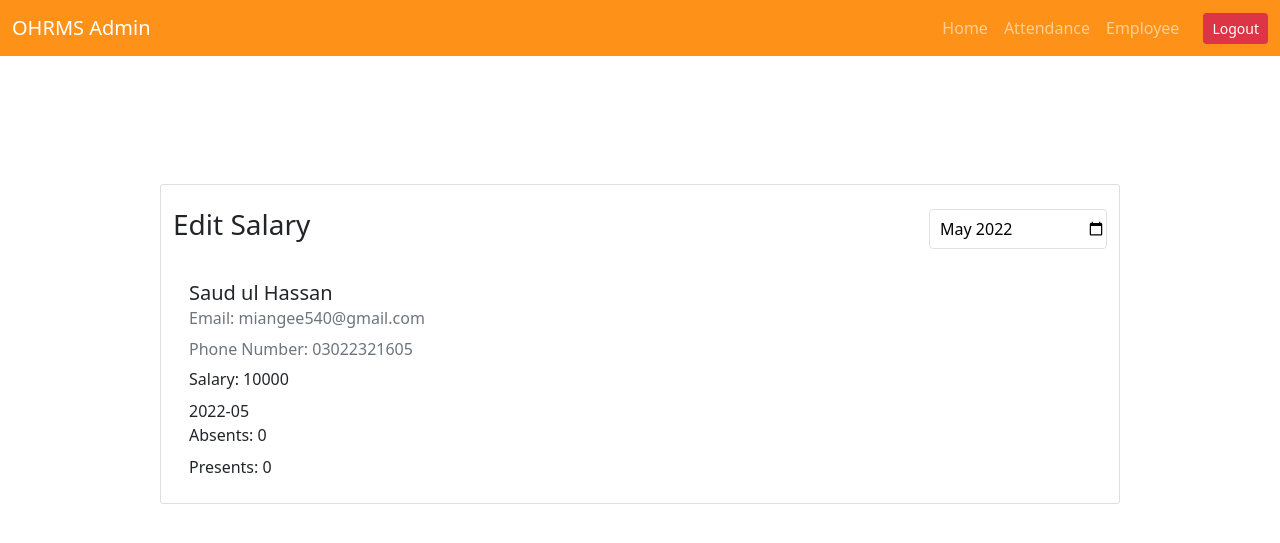
Repository: SaudCh/PHP-OHRMS
Page: http://localhost/admin/edit-salary?id=49
These files come from the project's save history. The page is drawn as it stood at one moment and after the next save; the edit follows.
The browser window is 1280 px wide. The pictures show the whole page.
Some web libraries are served in a nearby version. The page is run by PHP 8.4 with error messages shown; the project is at /var/www/html/. The session is filled in as if someone had signed in: {"admin": "admin@ohrm.com"}. Other server files are loaded and not shown. The database holds what the project's SQL file puts in it. Queries for data that is not in the repository find no rows.

Above is the page before, as saved 2022-06-05 23:34:27.

### admin/edit-salary.php
<!DOCTYPE html>
<html lang="en">

<head>
    <meta charset="UTF-8">
    <meta http-equiv="X-UA-Compatible" content="IE=edge">
    <meta name="viewport" content="width=device-width, initial-scale=1.0">
    <?php require "../assets/includes/link.includes.php" ?>
    <script src="https://ajax.googleapis.com/ajax/libs/jquery/3.6.0/jquery.min.js"></script>


    <title>OHRMS</title>
</head>

<body>
    <?php require "./assets/Components/header.php" ?>
    <div class="container-fluid">
        <div class="row align-items-center justify-content-center" style="min-height: 80vh;">

            <div class="card col-11 col-md-9">
                <div class="d-flex align-items-center justify-content-between mt-2">

                    <h3>Edit Salary</h3>
                    <div>
                        <input class="border rounded my-3" style="height:40px;padding-left:10px;" value="<?= Date("Y-m") ?>" type="month" name="date" id="attendance-date">

                    </div>

                </div>
                <?php
                $id = $_GET['id'];
                $sql = "select * from employee where empId = '$id'";
                $results = mysqli_query($con, $sql);
                $rescheck = mysqli_num_rows($results);
                if ($rescheck > 0) {
                    while ($row = mysqli_fetch_assoc($results)) {
                ?>
                        <div class="card-body">
                            <h5 class="card-title"><?= $row["name"] ?></h5>
                            <h6 class="card-subtitle mb-3 text-muted">Email: <?= $row['emailAddress'] ?></h6>
                            <h6 class="card-subtitle mb-2 text-muted">Phone Number: <?= $row['phoneNumber'] ?></h6>
                            <p class="card-text p-0 m-0 mb-2">Salary: <?= $row['salary'] ?></p>


                    <?php }
                } ?>
                    <div id="attendance-data">
                        <?php
                        $absent = 0;
                        $present = 0;

                        echo date('Y-m');

                        $id = $_GET['id'];
                        $sql = "select * from attendance where empId = '$id' and date like '2022-05%'";
                        $results = mysqli_query($con, $sql);
                        $rescheck = mysqli_num_rows($results);
                        if ($rescheck > 0) {
                            while ($row = mysqli_fetch_assoc($results)) {
                                if ($row['status'] == 'Present') {
                                    $present++;
                                } else {
                                    $absent++;
                                }
                            }
                        }
                        ?>

                        <p class="card-text p-0 m-0 mb-2">Absents: <?= $absent ?></p>
                        <p class="card-text p-0 m-0 mb-2">Presents: <?= $present ?></p>
                    </div>

                        </div>

            </div>
        </div>
    </div>
    <script>
        $(document).ready(function() {
            $("#attendance-date").change(function() {
                var search = $(this).val();
                var id = <?= $id ?>;
                $.ajax({
                    url: 'salary-attendance.php',
                    method: 'post',
                    data: {
                        query: search,
                        id: id
                    },
                    success: function(response) {
                        $("#attendance-data").html(response);
                    }
                });
            });
        });
    </script>
</body>

</html>

### assets/includes/link.includes.php
<link href="https://cdn.jsdelivr.net/npm/bootstrap@5.0.2/dist/css/bootstrap.min.css" rel="stylesheet" integrity="sha384-EVSTQN3/azprG1Anm3QDgpJLIm9Nao0Yz1ztcQTwFspd3yD65VohhpuuCOmLASjC" crossorigin="anonymous">
<script src="https://cdn.jsdelivr.net/npm/bootstrap@5.0.2/dist/js/bootstrap.bundle.min.js" integrity="sha384-MrcW6ZMFYlzcLA8Nl+NtUVF0sA7MsXsP1UyJoMp4YLEuNSfAP+JcXn/tWtIaxVXM" crossorigin="anonymous"></script>
<script src="https://cdn.jsdelivr.net/npm/@popperjs/core@2.9.2/dist/umd/popper.min.js" integrity="sha384-IQsoLXl5PILFhosVNubq5LC7Qb9DXgDA9i+tQ8Zj3iwWAwPtgFTxbJ8NT4GN1R8p" crossorigin="anonymous"></script>
<script src="https://cdn.jsdelivr.net/npm/bootstrap@5.0.2/dist/js/bootstrap.min.js" integrity="sha384-cVKIPhGWiC2Al4u+LWgxfKTRIcfu0JTxR+EQDz/bgldoEyl4H0zUF0QKbrJ0EcQF" crossorigin="anonymous"></script>

<script src="https://kit.fontawesome.com/5d60ba127b.js" crossorigin="anonymous"></script>

<link rel="stylesheet" href="./assets/css/style.css" type="text/css">
<link rel="stylesheet" href="./assets/css/footer.css" type="text/css">
<style>
    .link {
        text-decoration: none;
    }
</style>

### admin/assets/Components/header.php
<?php
session_start();
$email = '';

include '../assets/config/dbconfig.php';

if (isset($_SESSION['admin'])) {
    $email = $_SESSION['admin'];
} else {
    header("location: login");
}
?>
<nav class="navbar navbar-expand-lg navbar-dark" style="background-color: #fe9117;">
    <div class="container-fluid">
        <a class="navbar-brand" href="index">OHRMS Admin</a>
        <button class="navbar-toggler" type="button" data-bs-toggle="collapse" data-bs-target="#navbarSupportedContent" aria-controls="navbarSupportedContent" aria-expanded="false" aria-label="Toggle navigation">
            <span class="navbar-toggler-icon"></span>
        </button>
        <div class="collapse navbar-collapse" id="navbarSupportedContent">
            <ul class="navbar-nav ms-auto me-3 mb-2 mb-lg-0">
                <li class="nav-item">
                    <a class="nav-link" aria-current="page" href="index">Home</a>
                </li>
                <li class="nav-item">
                    <a class="nav-link" href="attendance">Attendance</a>
                </li>
                <li class="nav-item">
                    <a class="nav-link" href="employee">Employee</a>
                </li>
            </ul>
            <?php

            if (isset($_SESSION['admin'])) {
                echo '<a href="./assets/includes/admin-logout.includes.php" class="btn btn-sm btn-danger">Logout</a>';
            } else {
                echo '<a href="login" class="btn btn-sm btn-success">Login/Register</a>';
            }
            ?>

        </div>
    </div>
</nav>

### assets/config/dbconfig.php
<?php
// Database configuration
$dbHost     = "localhost";
$dbUsername = "root";
$dbPassword = "";
$dbName     = "ohrms";

// $dbHost     = "sql102.epizy.com";
// $dbUsername = "epiz_31455211";
// $dbPassword = "Kr3NNcrNvT9Mx4";
// $dbName     = "epiz_31455211_ohrms";

// Create database connection
$db = new mysqli($dbHost, $dbUsername, $dbPassword, $dbName);
$con=mysqli_connect($dbHost, $dbUsername, $dbPassword,$dbName);

// Check connection
if ($db->connect_error) {
    die("Connection failed: " . $db->connect_error);
}

### assets/css/footer.css
.back-to-top {
  cursor: pointer;
  position: fixed;
  bottom: 30px;
  right: 20px;
  display: none;
  z-index: 10;
}

.footer {
  background-color: #fe9126;
  display: flex;
  color: white;
  z-index: 2;
}

.footer a {
  color: white;
  text-decoration: none;
  font-weight: 500;
}

.footer-links ul {
  text-align: left;
}

.footer-links li {
  list-style: none;
}

.copyright {
  color: white;
  background-color: #fe9126;
}

### sql/ohrms.sql (the tables this page reads)
CREATE TABLE `employee` (
  `empId` int(11) NOT NULL,
  `name` char(50) NOT NULL,
  `phoneNumber` varchar(15) NOT NULL,
  `department` char(10) NOT NULL,
  `emailAddress` varchar(50) NOT NULL,
  `password` varchar(255) NOT NULL,
  `address` varchar(100) NOT NULL,
  `gender` char(10) NOT NULL,
  `salary` int(10) NOT NULL DEFAULT 10000,
  `token` varchar(255) NOT NULL,
  `empStatus` int(1) NOT NULL DEFAULT 0,
  `created` datetime NOT NULL DEFAULT current_timestamp(),
  `tempMail` varchar(20) NOT NULL
) ENGINE=InnoDB DEFAULT CHARSET=utf8mb4;

INSERT INTO `employee` (`empId`, `name`, `phoneNumber`, `department`, `emailAddress`, `password`, `address`, `gender`, `salary`, `token`, `empStatus`, `created`, `tempMail`) VALUES
(49, 'Saud ul Hassan', '03022321605', 'IT', 'miangee540@gmail.com', '$2y$10$tnkPhTnqi.jBUQkl8uiTEePtk4Auc3IYuPundD76d2H41YGcwugUW', '123 B Comsats\r\n123', 'male', 10000, '1bb7c8eb79b1d6be961371dabf6745', 1, '2022-06-13 18:56:53', 'miangee540@gmail.com'),
(51, 'Cedric Sampson', '+16473759896', 'Finance', 'saudchaudhary0@gmail', '$2y$10$8lcl4ARF2QZ6ryeaVm7qlOr02QNJMQFGSRC1rsK8to0F42cu8QcHu', 'Mollitia et et deser', 'female', 21000, '6e4e9ff9110491b8cb7f122b012c2c', 0, '2022-06-13 19:32:44', 'saudchaudhary0@gmail');

ALTER TABLE `employee`
  ADD PRIMARY KEY (`empId`);

ALTER TABLE `employee`
  MODIFY `empId` int(11) NOT NULL AUTO_INCREMENT, AUTO_INCREMENT=52;

Loaded but not shown: assets/css/style.css (common file)

After the next save:
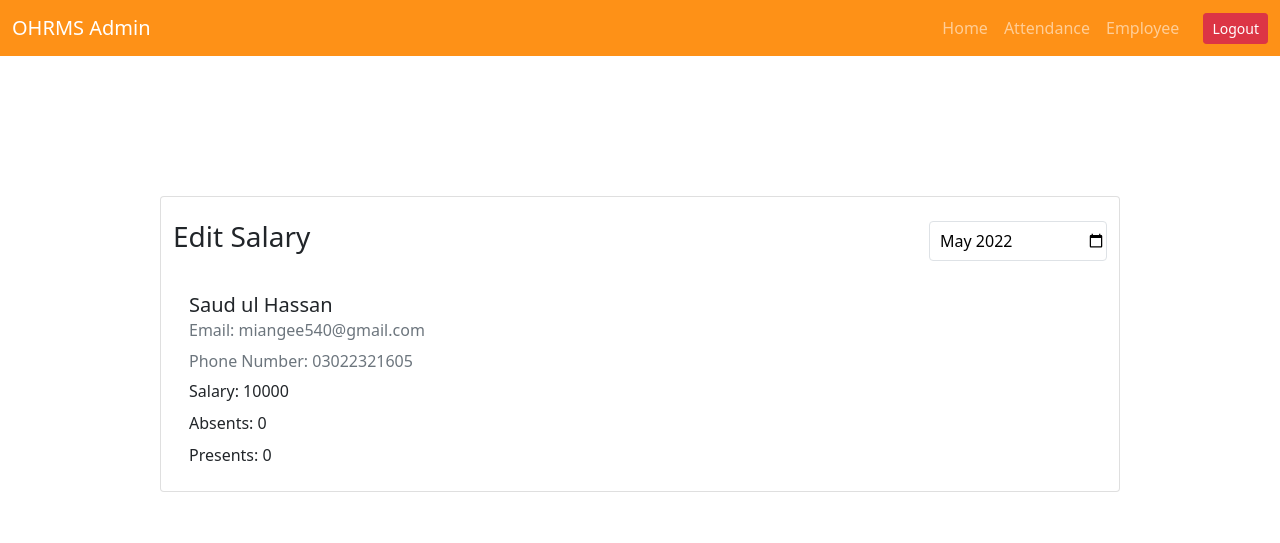
Saved 54 s later.
--- a/admin/edit-salary.php
+++ b/admin/edit-salary.php
@@ -49,10 +49,10 @@
                         $absent = 0;
                         $present = 0;
 
-                        echo date('Y-m');
+                        $date = date('Y-m');
 
                         $id = $_GET['id'];
-                        $sql = "select * from attendance where empId = '$id' and date like '2022-05%'";
+                        $sql = "select * from attendance where empId = '$id' and date like '$date%'";
                         $results = mysqli_query($con, $sql);
                         $rescheck = mysqli_num_rows($results);
                         if ($rescheck > 0) {
